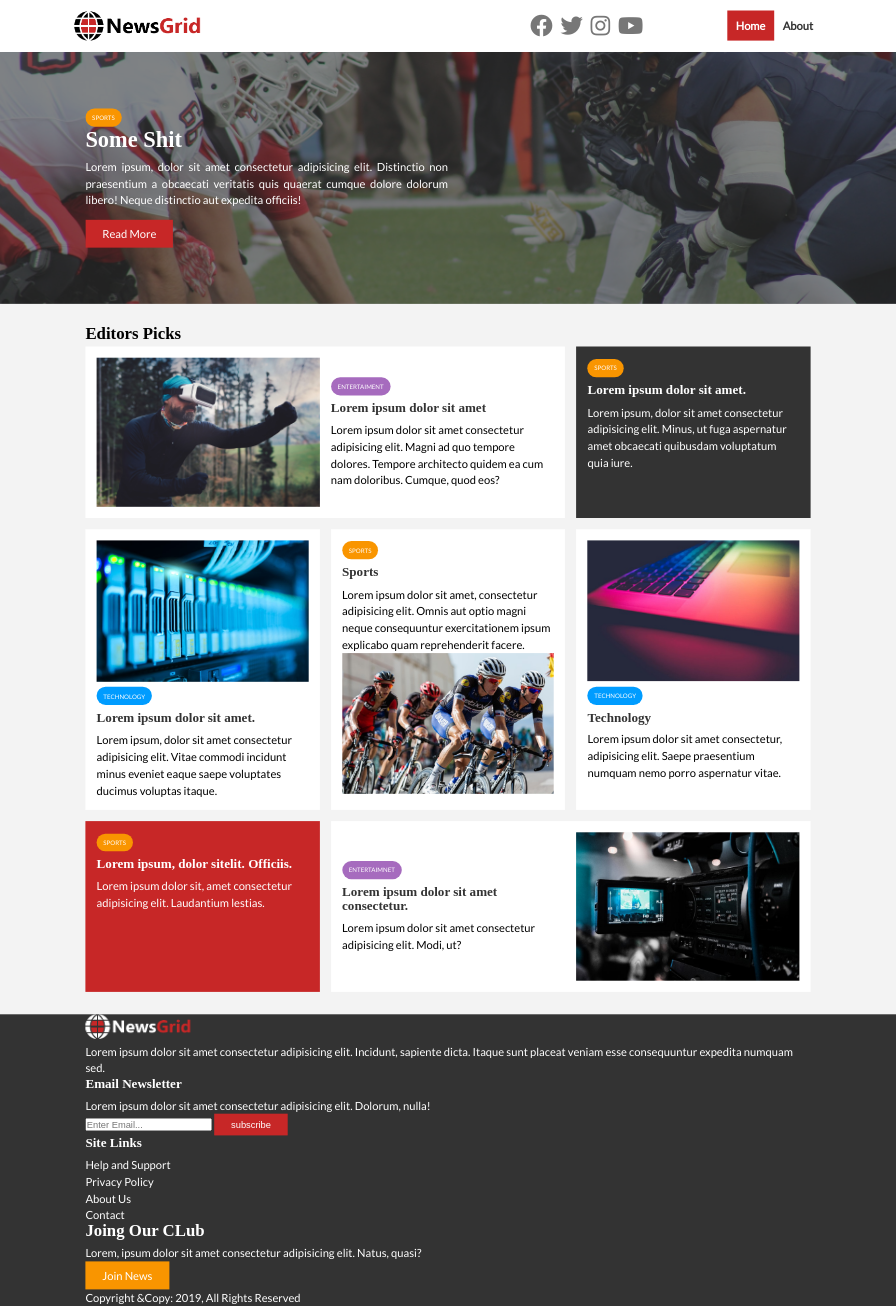
Repository: EswinGiova/NewsGrid
Page: index.html
An editor plug-in stored every save of this project. The page is shown before and after the next save, followed by the edit.
The browser window is 1280 px wide. The pictures show the whole page, at 70% of full size.
Some web libraries are served in a nearby version.

Above is the page before, as saved 2020-09-20 15:45:53.

### index.html
<!DOCTYPE html>
<html lang="en">
  <head>
    <meta charset="UTF-8" />
    <meta name="viewport" content="width=device-width, initial-scale=1.0" />
    <link rel="shortcut icon" type="image/x-icon" href="favicon.ico" />
    <link
      href="https://fonts.googleapis.com/css2?family=Lato&family=Staatliches&display=swap"
      rel="stylesheet"
    />
    <link rel="stylesheet" href="./css/style.css" />
    <link
      rel="stylesheet"
      media="screen and (max-width: 768px)"
      href="./css/mobile.css"
    />

    <link
      rel="stylesheet"
      href="https://cdnjs.cloudflare.com/ajax/libs/font-awesome/5.14.0/css/all.min.css"
      integrity="sha512-1PKOgIY59xJ8Co8+NE6FZ+LOAZKjy+KY8iq0G4B3CyeY6wYHN3yt9PW0XpSriVlkMXe40PTKnXrLnZ9+fkDaog=="
      crossorigin="anonymous"
    />

    <title>NewsGrid | Latest News</title>
  </head>
  <body>
    <nav id="main-nav">
      <div class="container">
        <img src="./image_resources/logo.png" alt="" class="logo" />
        <div class="social">
          <a href="#" target="_blank"><i class="fab fa-facebook fa-2x"></i></a>
          <a href="#" target="_blank"><i class="fab fa-twitter fa-2x"></i></a>
          <a href="#" target="_blank"><i class="fab fa-instagram fa-2x"></i></a>
          <a href="#" target="_blank"><i class="fab fa-youtube fa-2x"></i></a>
        </div>
        <ul>
          <li><a href="#" class="current">Home</a></li>
          <li><a href="#">About </a></li>
        </ul>
      </div>
    </nav>

    <header id="showcase">
      <div class="container">
        <div class="showcase-container">
          <div class="showcase-content">
            <div class="category category-sports">Sports</div>
            <h1>Some Shit</h1>
            <p>
              Lorem ipsum, dolor sit amet consectetur adipisicing elit.
              Distinctio non praesentium a obcaecati veritatis quis quaerat
              cumque dolore dolorum libero! Neque distinctio aut expedita
              officiis!
            </p>
            <a href="./article.html" class="btn btn-primary">Read More </a>
          </div>
        </div>
      </div>
    </header>
    <!-- Hombe articles -->

    <section id="home-articles" class="py-2">
      <div class="container">
        <h2>Editors Picks</h2>
        <div class="articles-container">
          <article class="card">
            <img src="./image_resources/articles/ent1.jpg" alt="" />
            <div>
              <div class="category category-ent">Entertaiment</div>
              <h3>
                <a href="./article.html">Lorem ipsum dolor sit amet</a>
              </h3>
              <p>
                Lorem ipsum dolor sit amet consectetur adipisicing elit. Magni
                ad quo tempore dolores. Tempore architecto quidem ea cum nam
                doloribus. Cumque, quod eos?
              </p>
            </div>
          </article>
          <article class="card bg-dark">
            <div class="category category-sports">Sports</div>
            <h3>
              <a href="./article.html">Lorem ipsum dolor sit amet.</a>
            </h3>
            <p>
              Lorem ipsum, dolor sit amet consectetur adipisicing elit. Minus,
              ut fuga aspernatur amet obcaecati quibusdam voluptatum quia iure.
            </p>
          </article>

          <article class="card">
            <img src="./image_resources/articles/tech1.jpg" alt="" />
            <div class="category category-tech">Technology</div>
            <h3><a href="./article.html">Lorem ipsum dolor sit amet.</a></h3>
            <p>
              Lorem ipsum, dolor sit amet consectetur adipisicing elit. Vitae
              commodi incidunt minus eveniet eaque saepe voluptates ducimus
              voluptas itaque.
            </p>
          </article>

          <article class="card">
            <div class="category category-sports">Sports</div>
            <h3>
              <a href="./article.html">Sports</a>
            </h3>
            <p>
              Lorem ipsum dolor sit amet, consectetur adipisicing elit. Omnis
              aut optio magni neque consequuntur exercitationem ipsum explicabo
              quam reprehenderit facere.
            </p>
            <img src="./image_resources/articles/sports1.jpg" alt="" />
          </article>

          <article class="card">
            <img src="./image_resources/articles/tech2.jpg" alt="" />
            <div class="category category-tech">Technology</div>
            <h3><a href="./article.html">Technology</a></h3>
            <p>
              Lorem ipsum dolor sit amet consectetur, adipisicing elit. Saepe
              praesentium numquam nemo porro aspernatur vitae.
            </p>
          </article>
          <article class="card bg-primary">
            <div class="category category-sports">Sports</div>
            <h3>
              <a href="./article.html">Lorem ipsum, dolor sitelit. Officiis.</a>
            </h3>
            <p>
              Lorem ipsum dolor sit, amet consectetur adipisicing elit.
              Laudantium lestias.
            </p>
          </article>

          <article class="card">
            <div>
              <div class="category category-ent">Entertaimnet</div>
              <h3>
                <a href="./article.html"
                  >Lorem ipsum dolor sit amet consectetur.</a
                >
              </h3>
              <p>
                Lorem ipsum dolor sit amet consectetur adipisicing elit. Modi,
                ut?
              </p>
            </div>
            <img src="./image_resources/articles/ent2.jpg" alt="" />
          </article>
        </div>
      </div>
    </section>
    <footer id="main-footer">
      <div class="container footer-container">
        <div>
          <img src="./image_resources/logo_light.png" alt="news" />
          <p>
            Lorem ipsum dolor sit amet consectetur adipisicing elit. Incidunt,
            sapiente dicta. Itaque sunt placeat veniam esse consequuntur
            expedita numquam sed.
          </p>
        </div>
        <div>
          <h3>Email Newsletter</h3>
          <p>
            Lorem ipsum dolor sit amet consectetur adipisicing elit. Dolorum,
            nulla!
          </p>
          <form>
            <input type="email" placeholder="Enter Email..." />
            <input type="submit" value="subscribe" class="btn btn-primary" />
          </form>
        </div>
        <div>
          <h3>Site Links</h3>
          <ul class="list">
            <li><a href="#">Help and Support</a></li>
            <li><a href="#">Privacy Policy</a></li>
            <li><a href="#">About Us</a></li>
            <li><a href="#">Contact</a></li>
          </ul>
        </div>
        <div>
          <h2>Joing Our CLub</h2>
          <p>
            Lorem, ipsum dolor sit amet consectetur adipisicing elit. Natus,
            quasi?
          </p>
          <a href="#" class="btn btn-secondary">Join News</a>
        </div>
        <div>
          <p>Copyright &Copy: 2019, All Rights Reserved</p>
        </div>
      </div>
    </footer>
  </body>
</html>

### css/style.css
:root {
  --primary-color: #c72727;
  --secondary-color: #f99500;
  --light-color: #f3f3f3;
  --dark-color: #333;
  --max-width: 1100px;
}

.category {
  --sports-color: #f99500;
  --ent-color: #a66bbe;
  --tech-color: #009cff;
}
* {
  margin: 0;
  padding: 0;
  box-sizing: border-box;
}
body {
  font-family: 'Lato', sans-serif;
  line-height: 1.5;
  background: var(--light-color);
}

a {
  color: var(--dark-color);
  text-decoration: none;
}

ul {
  list-style: none;
}

img {
  width: 100%;
}

h1,
h2,
h3,
h4,
h5,
h6 {
  font-family: 'Staaliches', cursive;
  margin-bottom: 0.55rem;
  line-height: 1.3rem;
}

/*  utility class */

.container {
  max-width: var(--max-width);
  margin: auto;
  padding: 0 2rem;
  overflow: hidden;
}

/* category */

.category {
  display: inline-block;
  color: #fff;
  font-size: 0.55rem;
  text-transform: uppercase;
  padding: 0.4rem 0.6rem;
  border-radius: 15px;
  margin-bottom: 0.5rem;
}

.category-sports {
  background: var(--sports-color);
}
.category-ent {
  background: var(--ent-color);
}
.category-tech {
  background: var(--tech-color);
}

/* btn */

.btn {
  display: inline-block;
  border: none;
  background: var(--dark-color);
  color: #fff;
  padding: 0.5rem 1.5rem;
}

.btn-light {
  background: var(--light-color);
}
.btn-primary {
  background: var(--primary-color);
}
.btn-secondary {
  background: var(--secondary-color);
}
.btn:hover {
  opacity: 0.8;
}

.btn-block {
  display: block;
  width: 100%;
  text-align: center;
}

/* cards */

.card {
  background: white;
  padding: 1rem;
}

.bg-dark {
  background: var(--dark-color);
  color: white;
}
.bg-primary {
  background: var(--primary-color);
  color: white;
}
.bg-secondary {
  background: var(--secondary-color);
  color: #fff;
}
.py-1 {
  padding: 1.5rem 0;
}
.py-2 {
  padding: 2rem 0;
}
.py-3 {
  padding: 3rem 0;
}
.p-1 {
  padding: 1.5rem;
}
.p-2 {
  padding: 2rem;
}
.p-3 {
  padding: 3rem;
}

.bg-dark h1,
.bg-dark h2,
.bg-dark h3,
.bg-dark a,
.bg-primary h1,
.bg-primary h2,
.bg-primary h3,
.bg-primary a,
.bg-secondary h1,
.bg-secondary h2,
.bg-secondary h3,
.bg-secondary a {
  color: #fff;
}

/* Navigation */
#main-nav {
  background: #fff;
  position: sticky;
  top: 0;
  z-index: 2;
}

#main-nav .container {
  display: grid;
  grid-template-columns: 6fr 3fr 2fr;
  padding: 1rem;
  align-items: center;
}

#main-nav .logo {
  width: 180px;
}

#main-nav ul {
  display: flex;
  justify-self: end;
}

#main-nav ul li a {
  padding: 0.77rem;
  font-weight: bold;
}

#main-nav ul li .current {
  background: var(--primary-color);
  color: white;
}

#main-nav ul li .current:hover {
  background: var(--light-color);
  color: var(--dark-color);
}
#main-nav .social {
  justify-self: center;
}

#main-nav .social i {
  color: #777;
  margin-left: 0.5rem;
}

/* showcase */
#showcase {
  background: #333;
  color: #fff;
  position: relative;
}

#showcase:before {
  content: '';
  background: url('../image_resources/featured.jpg') center center/cover;
  position: absolute;
  top: 0;
  left: 0;
  width: 100%;
  height: 100%;
  opacity: 0.4;
}
#showcase .showcase-container {
  height: 50vh;
  display: grid;
  grid-template-columns: repeat(2, 1fr);
  justify-content: center;
  align-content: center;
}
#showcase .showcase-container .showcase-content {
  z-index: 2;
  text-align: justify;
}
#showcase .showcase-container .showcase-content p {
  margin: 1rem 0;
}
/* Home Articles  */

#home-articles .articles-container {
  display: grid;
  grid-template-columns: repeat(3, 1fr);
  grid-gap: 1rem;
}

#home-articles .articles-container > *:first-child,
#home-articles .articles-container > *:last-child {
  display: grid;
  grid-template-columns: repeat(2, 1fr);
  grid-column: 1 / span 2;
  grid-gap: 1rem;
  align-items: center;
}
#home-articles .articles-container > *:last-child {
  grid-column: 2 / span 2;
}

/* footer */
#main-footer {
  background: var(--dark-color);
  color: #fff;
}

#main-footer img {
  width: 150px;
}

#main-footer a {
  color: #fff;
}

Loaded but not shown: css/mobile.css (no copy from this time; the picture is the same without it)

After the next save:
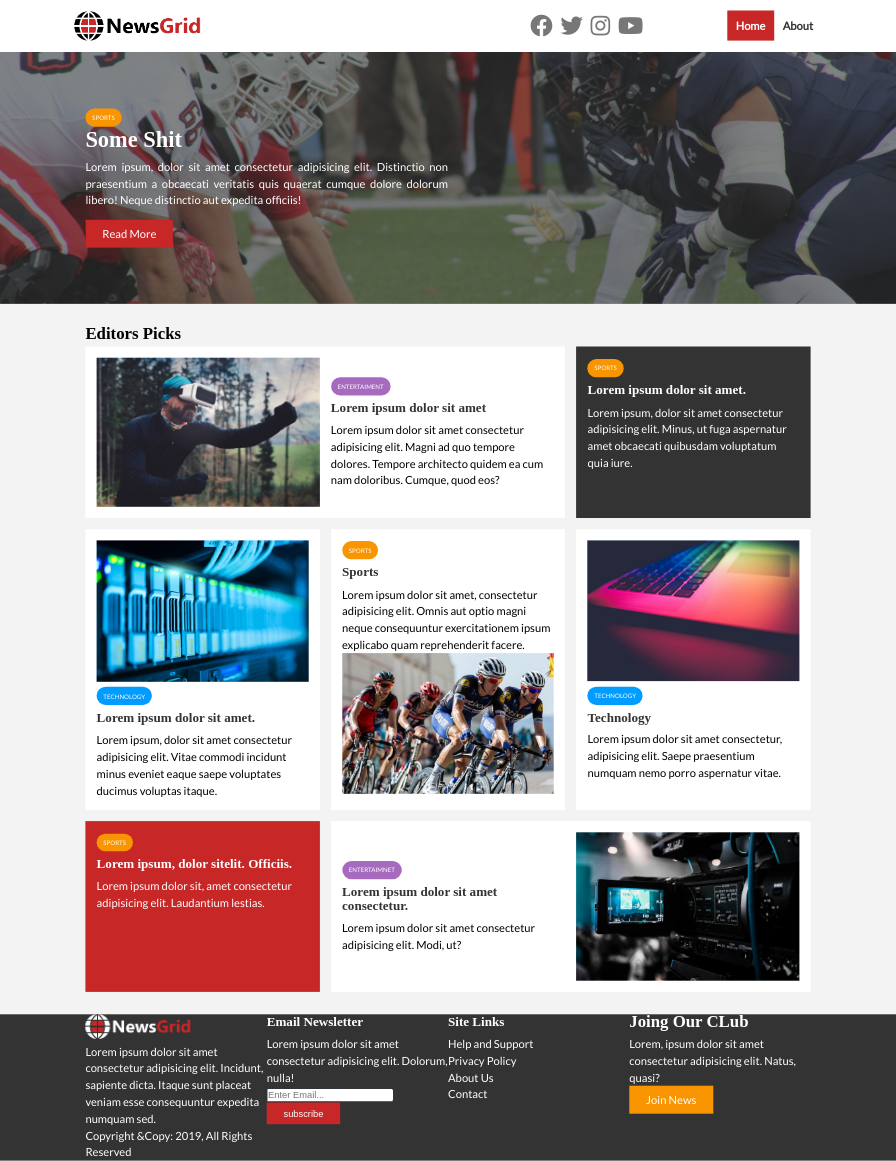
Saved 51 s later.
--- a/css/style.css
+++ b/css/style.css
@@ -270,3 +270,8 @@ h6 {
 #main-footer a {
   color: #fff;
 }
+
+#main-footer .footer-container {
+  display: grid;
+  grid-template-columns: repeat(4, 1fr);
+}
